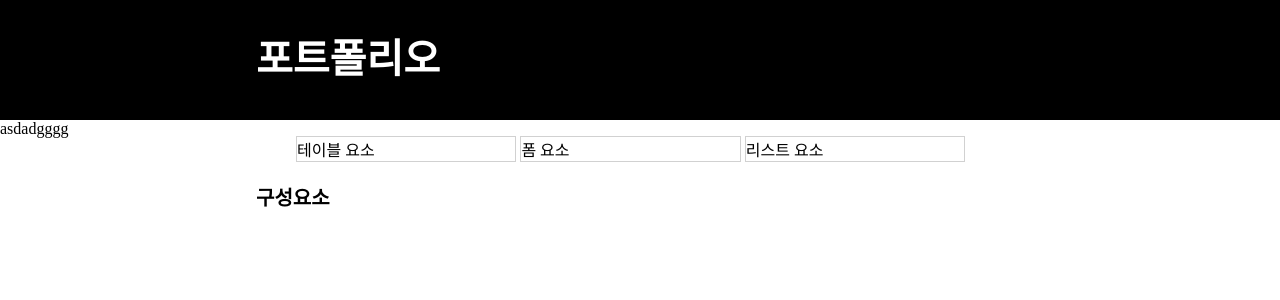
Repository: ItChoi/CSS-Study
Page: Css/WebContent/html/boostcourse/project-A1/portfolio.html
An editor plug-in stored every save of this project. The page is shown before and after the next save, followed by the edit.
The browser window is 1280 px wide. The pictures show the whole page.

Above is the page before, as saved 2019-06-18 10:03:49.

### Css/WebContent/html/boostcourse/project-A1/portfolio.html
<!DOCTYPE html>
<html>
<head>
	<link href="../../../css/boostcourse/project-A1/portfolio.css" rel="stylesheet" type="text/css">

</head>
<body>
	<div class="wrap">

		<div class="header">

		</div>

		<div class="content">

			<div class="con_header">
				<p class="title">포트폴리오</p>
			</div>

			<div class="con_content">

				<div class="button_list">
					<ul>
						<li class="button_elements">테이블 요소</li>
						<li class="button_elements">폼 요소</li>
						<li class="button_elements">리스트 요소</li>
					</ul>
				</div>

				<div class="element">
					<p class="element_title">구성요소</p>


				</div>

			</div>

		</div>

		<div class="footer">
		asdadgggg
		</div>


	</div>

</body>
</html>

### Css/WebContent/css/boostcourse/project-A1/portfolio.css
html, body, .wrap {
	margin: 0px;
	padding: 0px;
}

.header {
	width: 100%;
	height: 120px;
	background: #000;

	position: relative;
}

.content {
	position: absolute;
	top: 0;
	left: 20%;
	right: 20%;
}

.con_header {
	height: 120px;
}

.title {
	margin: 0px;
	color: #fff;
	font-size: 40px;
	font-weight: bold;
	line-height: 120px;
}

.con_content {
	width: 100%;
}

ul {
	list-style: none;
}

.button_elements {
	display: inline-block;
	border:  1px solid #d1d1d1;
	width: 30%;
}

.button_elements:HOVER {
	background-color: #454545;
	font-weight: bold;
}

.element_title {
	font-size: 20px;
	color: #000;
	font-weight: bold;
}

After the next save:
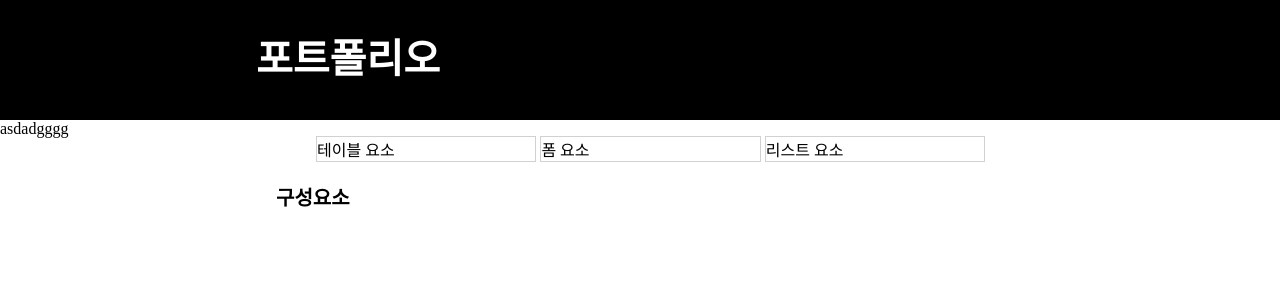
Saved 15 min 25 s later.
--- a/Css/WebContent/css/boostcourse/project-A1/portfolio.css
+++ b/Css/WebContent/css/boostcourse/project-A1/portfolio.css
@@ -32,6 +32,8 @@ html, body, .wrap {
 
 .con_content {
 	width: 100%;
+	padding-left: 20px;
+	padding-right: 20px;
 }
 
 ul {
